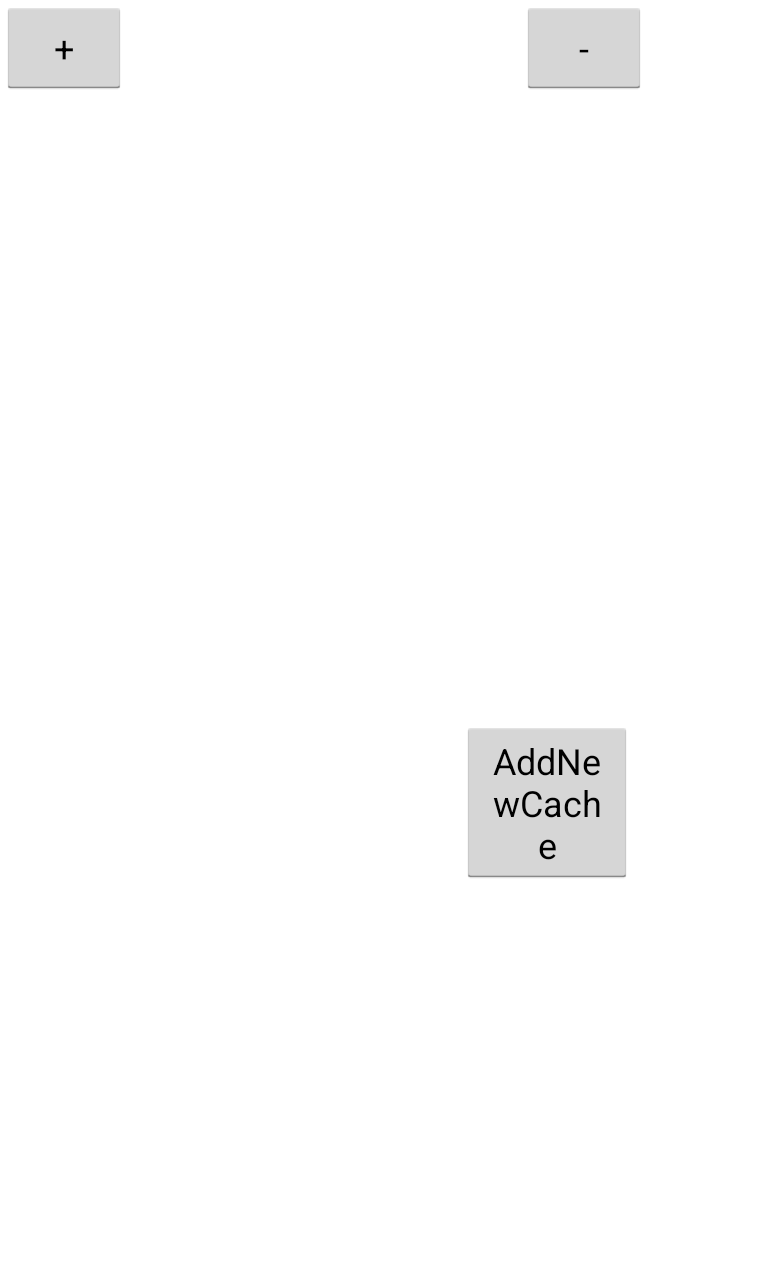
Repository: mpdehnel/seg
Layout: VectorOne/res/layout/activity_radar.xml
An editor plug-in stored every save of this project. The layout is shown before and after the next save, followed by the edit.
It is drawn on a 768 x 1280 px phone screen (xhdpi) without system bars, with theme AppTheme; the app's code is not run.

Above is the layout before, as saved 2013-03-09 16:53:36.

After the next save:
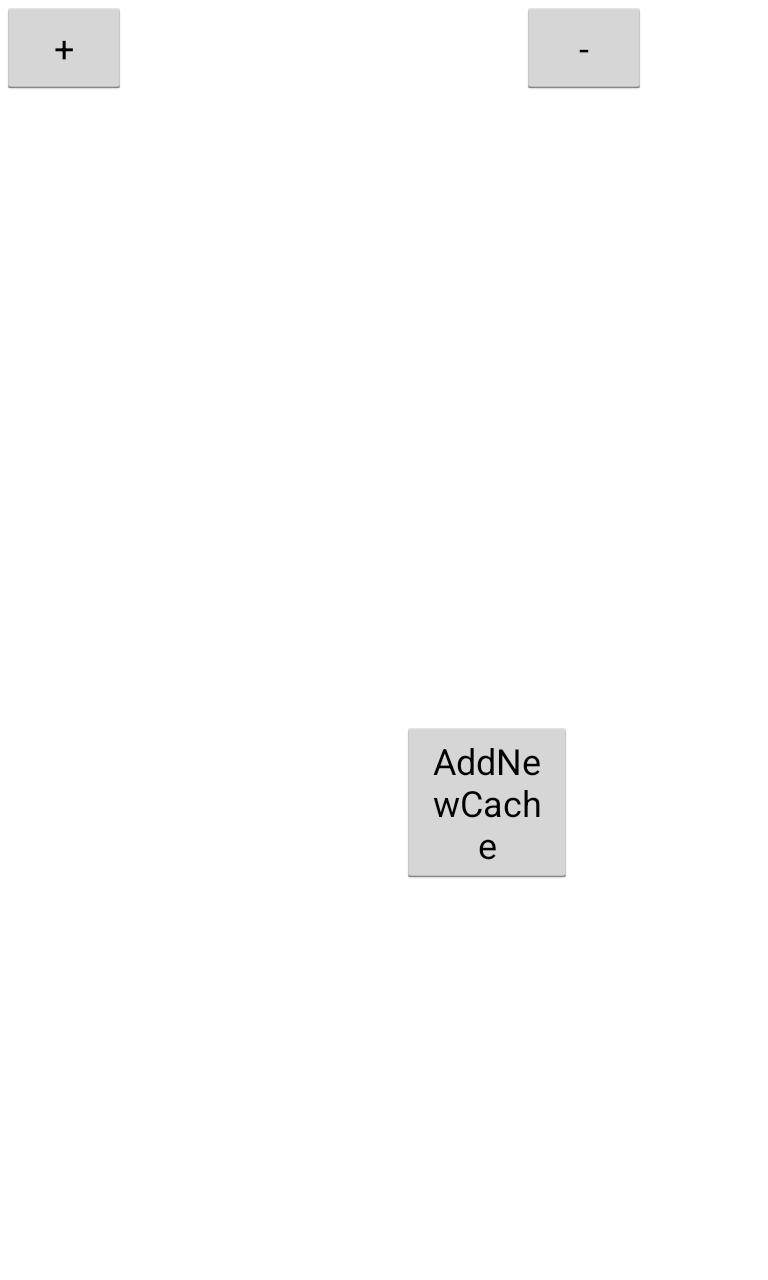
Saved 13 s later.
--- a/VectorOne/res/layout/activity_radar.xml
+++ b/VectorOne/res/layout/activity_radar.xml
@@ -21,7 +21,7 @@
         android:id="@+id/addnewCachRadar"
         android:layout_width="87dp"
         android:layout_height="wrap_content"
-        android:layout_marginLeft="230dp"
+        android:layout_marginLeft="200dp"
         android:layout_marginTop="360dp"
         android:text="AddNewCache" />
 
